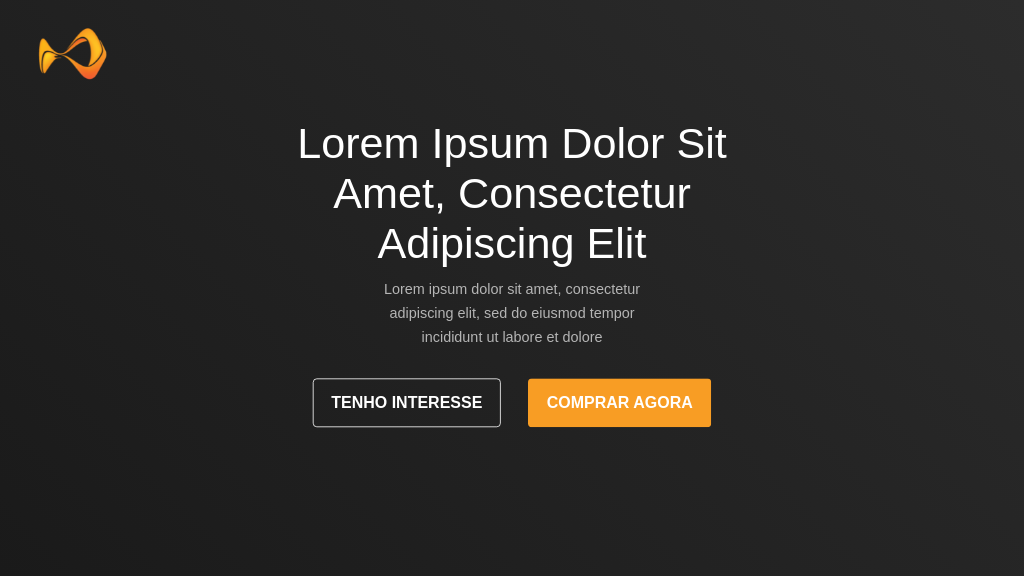
Repository: Rafael-Araujo-dev/Treinamento-Raccoon
Page: Projeto-2/index.html
These files come from the project's save history. The page is drawn as it stood at one moment and after a run of saves; the edit follows.
The browser window is 1280 px wide. The pictures show the whole page, at 80% of full size.
Some web fonts or font styles are not loaded; a fallback is used.

Above is the page before, as saved 2021-09-23 07:37:41.

### Projeto-2/index.html
<!DOCTYPE html>
<html>
    <head>
        <title></title>
        <meta charset="utf-8"/>
        <meta name="viewport" content="width=device-width,initial-scale=1.0,maximum-scale=1.0">
        <link rel="preconnect" href="https://fonts.googleapis.com">
        <link rel="preconnect" href="https://fonts.gstatic.com" crossorigin>
        <link href="https://fonts.googleapis.com/css2?family=Yantramanav:wght@300;400;700&display=swap" rel="stylesheet">
        <link rel="stylesheet" href="css/style.css"/>
    </head>
    <body>
        <section class="hero-section">
            <div class="hero-header">
                <img class="logo" src="images/LOGOSYNAPSE_simbolo_laranja.png"/>
            </div>
            <div class="hero-container">
                <div class="hero-title">
                    Lorem ipsum dolor sit amet, consectetur adipiscing elit
                </div>
                <div class="hero-text">
                    Lorem ipsum dolor sit amet, consectetur adipiscing elit, sed do eiusmod tempor incididunt ut labore et dolore
                </div>
            </div>
            <div class="hero-btn-group">
                <button class="btn secondary">
                    Tenho interesse
                </button>
                <button class="btn primary">
                    Comprar agora
                </button>
            </div>
        </section>

        <section class="course-summary">

        </section>

    </body>
</html>

### Projeto-2/css/style.css
* {
    margin: 0;
    padding: 0;
    box-sizing: border-box;
    font-family: 'Yantramanav', sans-serif;
}

.btn {
    font-size: 20px;
    text-transform: uppercase;
    padding: 18px 22px;
    margin: 0px 15px 24px 15px;
    font-weight: bold;
}

@media (max-width: 890px) {
    .btn {
        font-size: 20px;
    }
}

@media (max-width: 645px) {
    .btn {
        font-size: 17px;
    }
}

@media (max-width: 500px) {
    .btn {
        font-size: 16px;
    }
}

.btn.primary {
    background-color: #F89D24;
    border: 1px solid transparent;
    border-radius: 5px;
    color: #FFF;
}

.btn.secondary {
    background-color: transparent;
    border: 1px solid #FFF;
    border-radius: 5px;
    color: #FFF;
}

.hero-section {
    background: rgb(26,26,26);
    background: linear-gradient(45deg, rgba(26,26,26,1) 0%, rgba(44,44,44,1) 100%);
    min-height: 100vh;
    display: flex;
    flex-direction: column;
    justify-content: space-around;
}

.hero-header .logo {
    margin-left: 3.15%;
    margin-top: 2%;
    width: 12.1%;
    max-width: 100px;
}

.hero-container {
    position: relative;
    margin: auto;
    width: 50%;
    display: flex;
    flex-direction: column;
    flex-wrap: wrap;
}

@media (max-width: 1240px) {
    .hero-container {
        width: 60%;
    }
}

@media (max-width: 1028px) {
    .hero-container {
        width: 70%;
    }
}

@media (max-width: 890px) {
    .hero-container {
        width: 80%;
    }
}

.hero-title, .hero-text {
    color: #FFFFFF;
    text-align: center;
}

.hero-title {
    font-size: 54px;
    /* margin-top: 15.5vh; */
    text-transform: capitalize;
}

@media (max-width: 890px) {
    .hero-title {
        /* margin-top: 14%; */
        font-size: 45px;
    }
}

@media (max-width: 645px) {
    .hero-title {
        /* margin-top: 8%; */
        font-size: 40.5px;
    }
}

@media (max-width: 500px) {
    .hero-title {
        /* margin-top: 0%; */
    }
}

.hero-text {
    color: #B5B5B5;
    font-size: 18px;
    width: 60%;
    margin-top: 1.8vh;
    line-height: 30px;
    align-self: center;
}

@media (max-width: 1024px) {
    .hero-text {
        width: 80%;
    }
}

@media (max-width: 890px) {
    .hero-text {

        font-size: 15px;
        width: 50%;
    }
}

@media (max-width: 645px) {
    .hero-text {

        font-size: 13.5px;
        width: 80%;
    }
}

@media (max-width: 500px) {
    .hero-text {
        /* margin-top: 5%; */
        width: 100%;
    }
}

.hero-btn-group {
    margin-bottom: 22.5vh;
    text-align: center;
}

.hero-section {
    background: rgb(26,26,26);
    background: linear-gradient(45deg, rgba(26,26,26,1) 0%, rgba(44,44,44,1) 100%);
    min-height: 100vh;
}

After the next 4 saves:
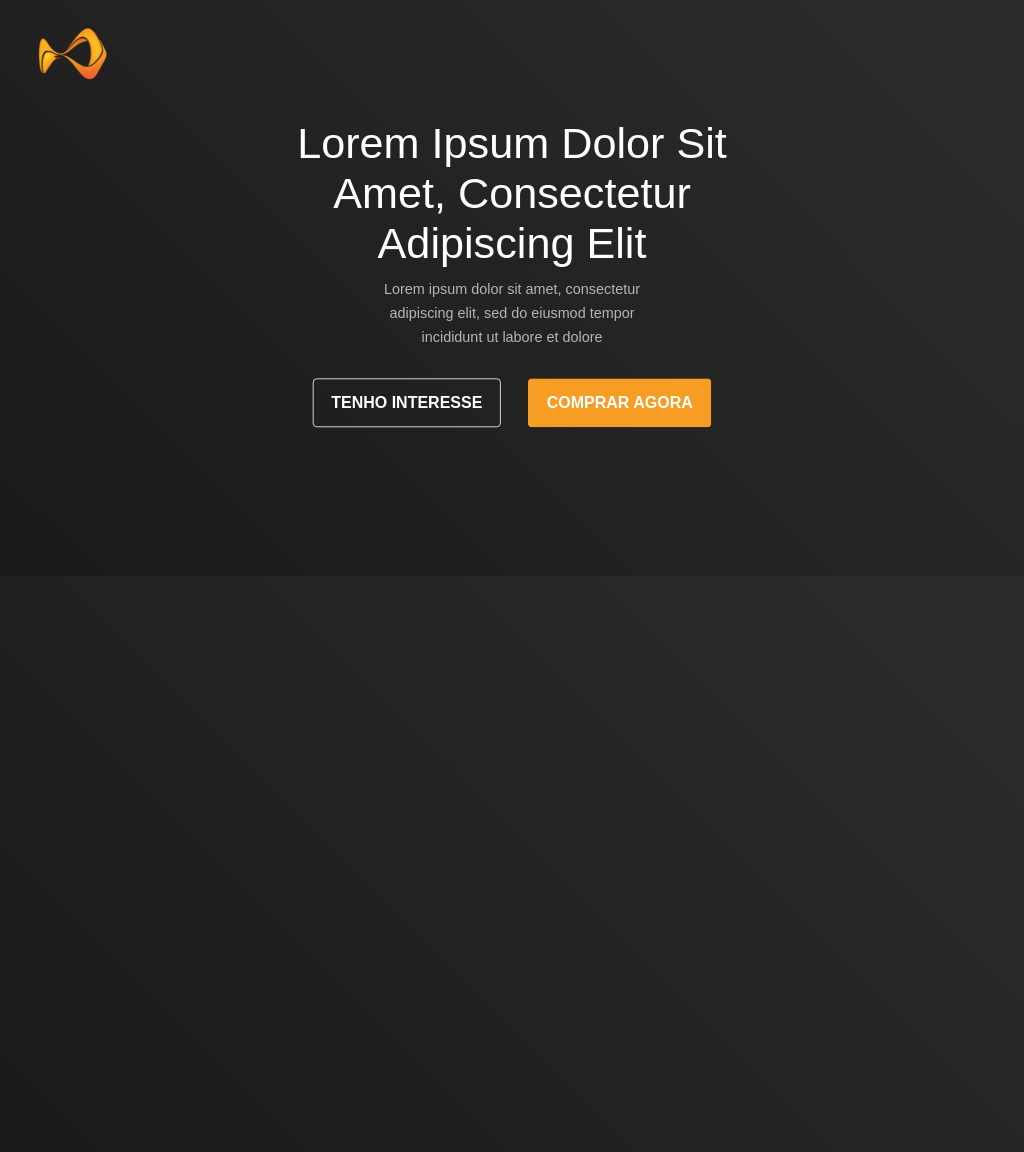
The 4 saves are shown as one change because they came seconds apart.
The last was saved 8 s later.
--- a/Projeto-2/css/style.css
+++ b/Projeto-2/css/style.css
@@ -162,7 +162,7 @@
     text-align: center;
 }
 
-.hero-section {
+.course-summary {
     background: rgb(26,26,26);
     background: linear-gradient(45deg, rgba(26,26,26,1) 0%, rgba(44,44,44,1) 100%);
     min-height: 100vh;
